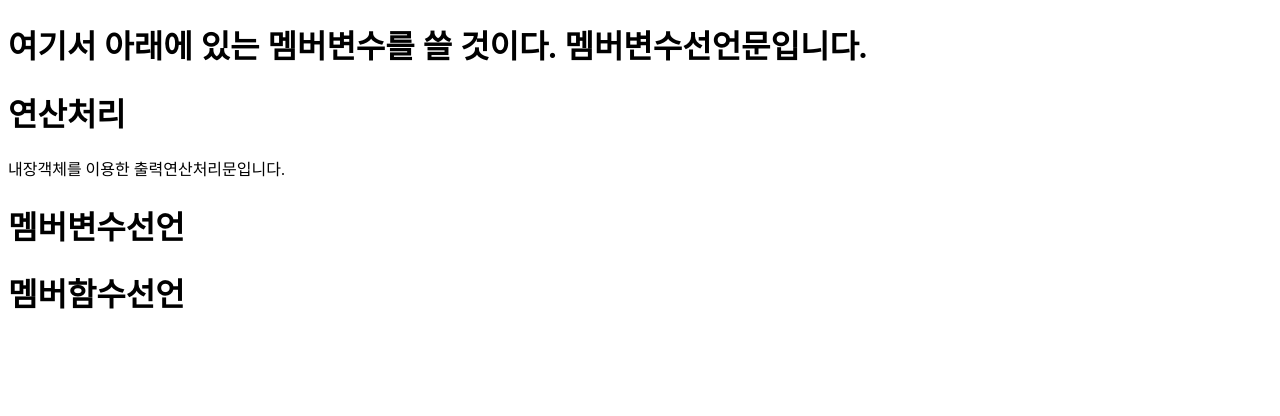
Repository: kwonminsung0/jspStudy
Page: http://localhost/jspStudy/sample/first.jsp
An editor plug-in stored every save of this project. The page is shown before and after the next save, followed by the edit.
The browser window is 1280 px wide. The pictures show the whole page.
The page is served by Tomcat 9. Other server files are loaded and not shown.

Above is the page before, as saved 2024-12-05 03:47:54.

### jspStudy/src/main/webapp/sample/first.jsp
<%@ page contentType="text/html; charset=UTF-8"%>
<!DOCTYPE html>
<html>
<head>
<meta charset="UTF-8">
<title>Insert title here</title>
</head>
<body>
	<h1> 여기서 아래에 있는 멤버변수를 쓸 것이다. <%= declation %></h1>
	<h1>연산처리</h1>
	<%
		//연산처리
		//내장객체: context, config, request, response, pageContext, session, out, page
		//자바연산처리(제어문, 반복문): 서비스에서 진행이 된다.
		String message = "연산처리문입니다.";	//message : (서비스에 있는 지역변수입니다.)
		out.println("내장객체를 이용한 출력"+message);
	%>
	<h1>멤버변수선언</h1>
	<%!
		//멤버변수선언
		String declation = "멤버변수선언문입니다.";
	%>
	<h1>멤버함수선언</h1>
	<%!
		//멤버함수선언
		public String getDeclation() {
			return declation;
	}
	%>

</body>
</html>

After the next save:
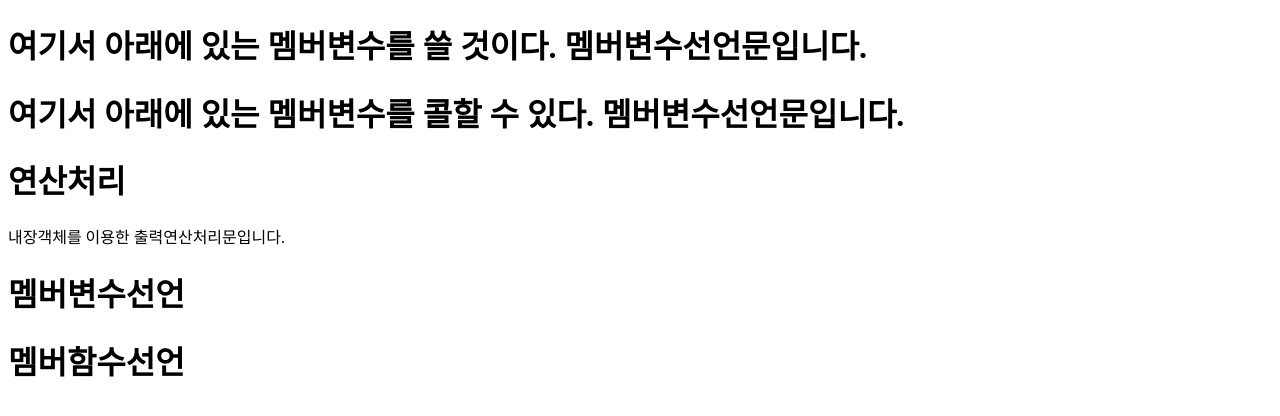
Saved 87 s later.
--- a/jspStudy/src/main/webapp/sample/first.jsp
+++ b/jspStudy/src/main/webapp/sample/first.jsp
@@ -7,6 +7,7 @@
 </head>
 <body>
 	<h1> 여기서 아래에 있는 멤버변수를 쓸 것이다. <%= declation %></h1>
+	<h1> 여기서 아래에 있는 멤버변수를 콜할 수 있다. <%= getDeclation() %></h1>
 	<h1>연산처리</h1>
 	<%
 		//연산처리
